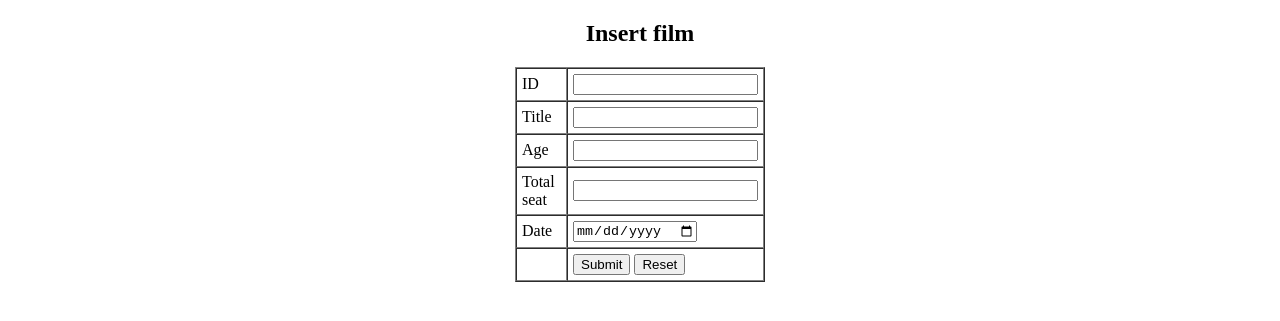
Repository: lmcoa15/Movie
Page: http://localhost/movie/admin/admin_Insert_film.jsp
These files come from the project's save history. The page is drawn as it stood at one moment and after the next save; the edit follows.
The browser window is 1280 px wide. The pictures show the whole page.
The page is served by Tomcat 9. Other server files are loaded and not shown.

Above is the page before, as saved 2015-12-06 20:03:12.

### workspace/movie/WebContent/admin/admin_Insert_film.jsp
<%@ page language="java" contentType="text/html; charset=UTF-8"
    pageEncoding="UTF-8"%>
<!DOCTYPE html PUBLIC "-//W3C//DTD HTML 4.01 Transitional//EN" "http://www.w3.org/TR/html4/loose.dtd">
<html>
<head>
<meta http-equiv="Content-Type" content="text/html; charset=UTF-8">
<title>Insert title here</title>
</head>
<body>
<h2 align="center">Insert film</h2>
<form name=form1 method=post  action=film_control.jsp>
 <input type=hidden name="action" value="insert">

<table width="250" border="1"align="center" cellspacing="0"
												cellpadding="5">

	<tr>
		<td>ID</td>
		<td><input type="text" name="id_film" size=20></td>
	</tr>
	<tr>
		<td>Title</td>
		<td><input type="text" name="name_film" size=20></td>
	</tr>
	<tr>
		<td>Age</td>
		<td><input type="text" name="age_phase" size=20></td>
	</tr>
	<tr>
		<td>Total seat</td>
		<td><input type="text" name="seat_num" size=20></td>
	</tr>
	<tr>
		<td>Date</td>
		<td><input type="date" name="watch_date" size=20></td>
	</tr>

	<tr>
	<td></td>
		<td><input type=submit value="Submit" size=2>
			<input type=reset  value="Reset" size=2>
		</td>
	</tr>
</table>
</form>
</body>
</html>

After the next save:
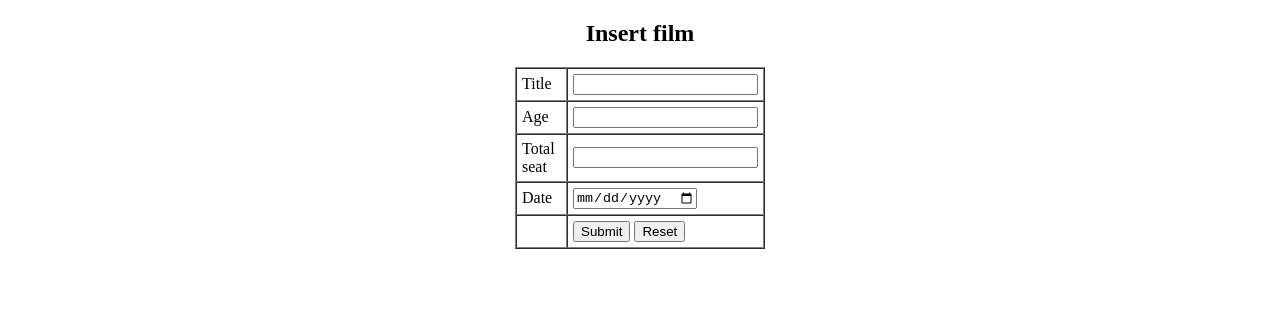
Saved 47 s later.
--- a/workspace/movie/WebContent/admin/admin_Insert_film.jsp
+++ b/workspace/movie/WebContent/admin/admin_Insert_film.jsp
@@ -11,13 +11,14 @@
 <form name=form1 method=post  action=film_control.jsp>
  <input type=hidden name="action" value="insert">
 
+ <%
+ 	//id값을 랜덤으로 준다.
+ 	int id_random = (int) (Math.random() * 100);
+ %>
+
 <table width="250" border="1"align="center" cellspacing="0"
 												cellpadding="5">
 
-	<tr>
-		<td>ID</td>
-		<td><input type="text" name="id_film" size=20></td>
-	</tr>
 	<tr>
 		<td>Title</td>
 		<td><input type="text" name="name_film" size=20></td>
@@ -36,7 +37,7 @@
 	</tr>
 
 	<tr>
-	<td></td>
+		<td></td>
 		<td><input type=submit value="Submit" size=2>
 			<input type=reset  value="Reset" size=2>
 		</td>
